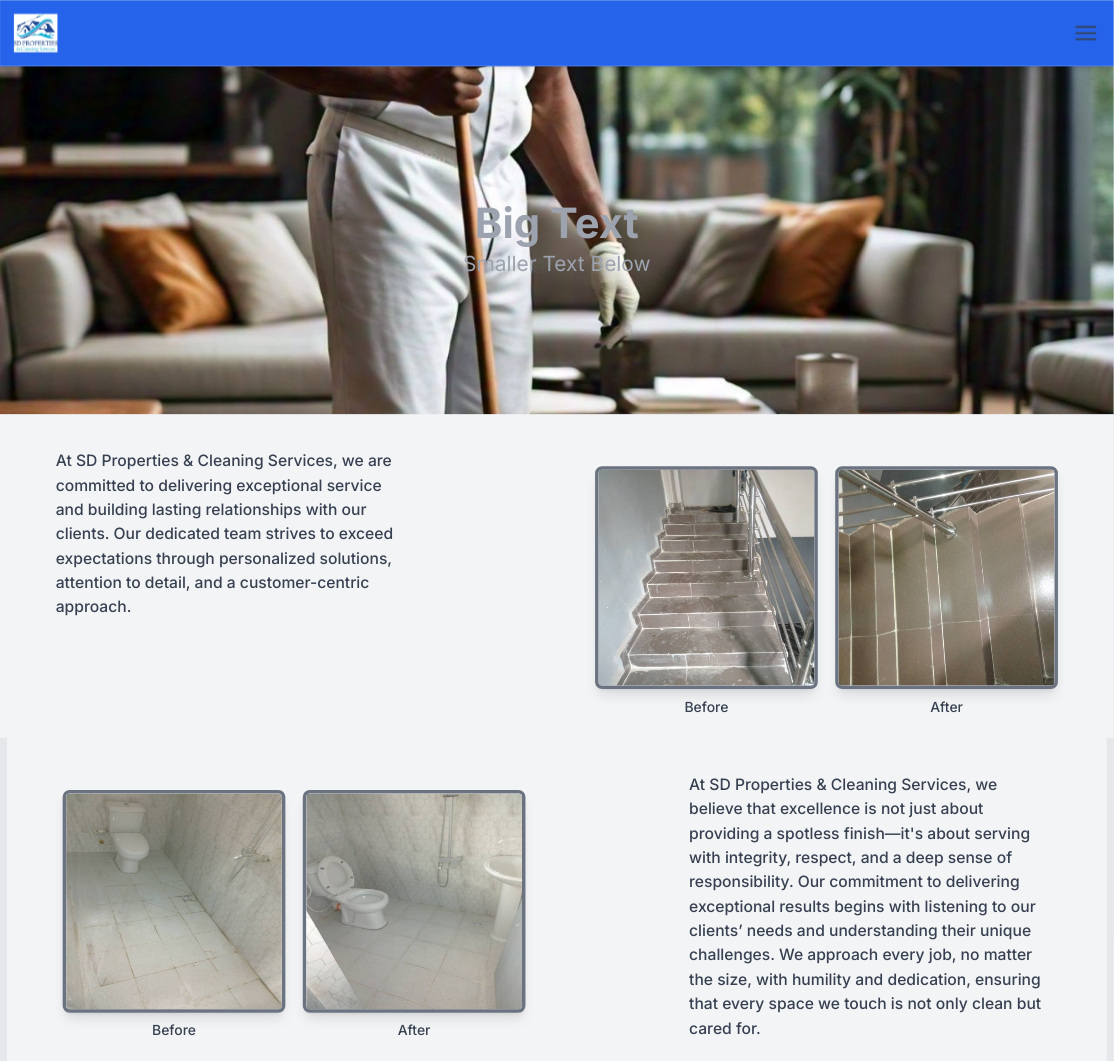
Repository: devmskhan/sdpropandclean
Page: /
An editor plug-in stored every save of this project. The page is shown before and after a run of saves, followed by the edit.
The browser window is 1280 px wide. The pictures show the whole page, at 87% of full size.
The project was rebuilt for these pictures with package versions that can differ from the ones it lists, and the page was loaded fresh each time. The framework's server and built-in components were replaced by stand-ins that run in the browser. Also part of the build but not shown: next.config.mjs.

Above is the page before, as saved 2024-09-03 13:25:39.

After the next 2 saves:
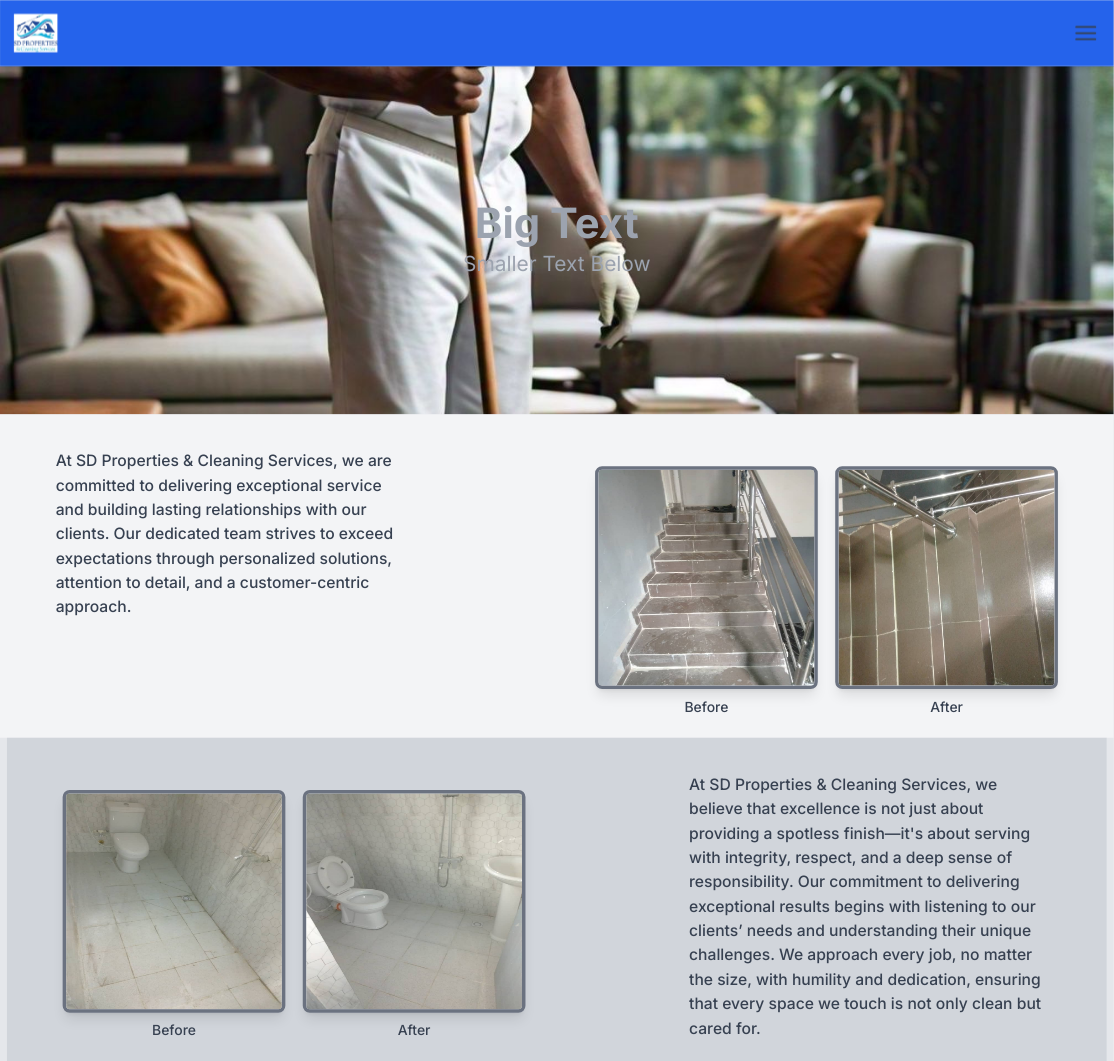
The 2 saves are shown as one change because they came seconds apart.
The last was saved 39 s later.
--- a/components/Body.tsx
+++ b/components/Body.tsx
@@ -41,7 +41,7 @@ function Body() {
 
 </div>
 
-<div className="flex justify-between p-6 bg-gray-100 mx-2">
+<div className="flex justify-between p-6 bg-gray-300 mx-2">
 
 <div className="flex space-x-5 mt-4 ml-10">
 <div className="flex flex-col items-center">
